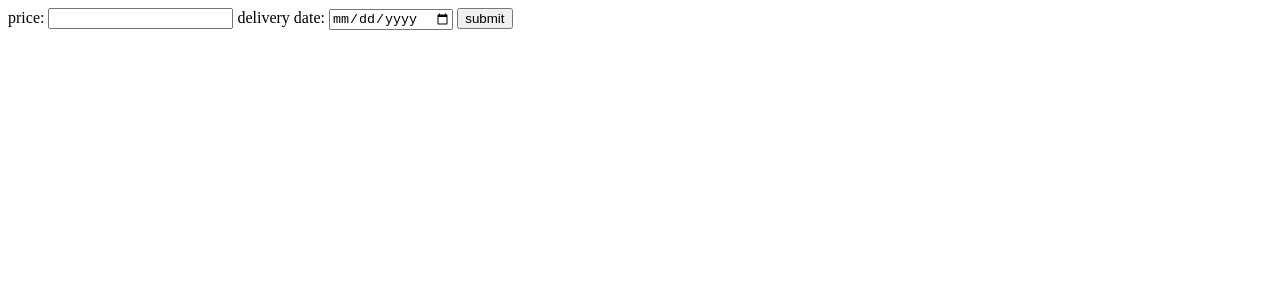
Repository: Kaivalya1997/kaivalyaprojects
Page: http://localhost/dynamicProject/
The author's editor kept a copy of each file at every save. The page is drawn from the files as they stood at one save, then again after the next save.
The browser window is 1280 px wide. The pictures show the whole page.
The page is served by Tomcat 9. Other server files are loaded and not shown.

Above is the page before, as saved 2019-01-25 09:03:01.

### 25-jan/dynamicProject/WebContent/index.jsp
<%@ page language="java" contentType="text/html; charset=ISO-8859-1"
    pageEncoding="ISO-8859-1"%>
<!DOCTYPE html>
<html>
<head>
<meta charset="ISO-8859-1">
<title>Insert title here</title>
</head>
<body>
<form action='hello' method='POST'>
   price: <input name='price'/>
   delivery date: <input name='deliverydate' type='date'/>
   <input type="submit" value='submit'/>
   </form>
</body>
</html>

After the next save:
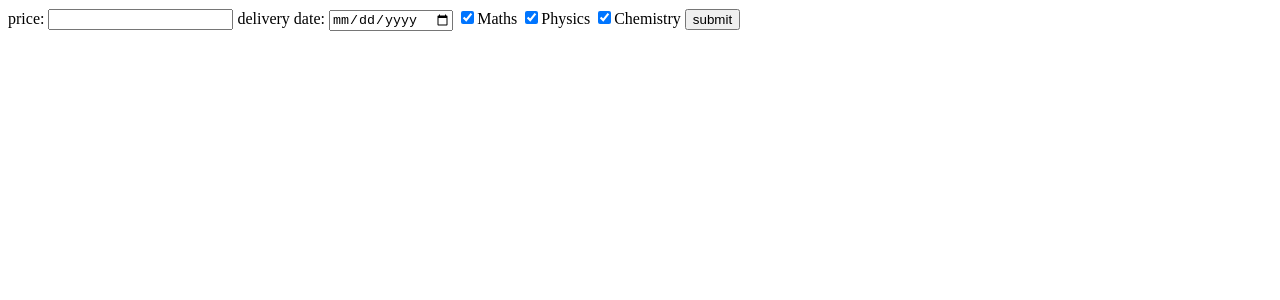
Saved 11 min 45 s later.
--- a/25-jan/dynamicProject/WebContent/index.jsp
+++ b/25-jan/dynamicProject/WebContent/index.jsp
@@ -10,6 +10,12 @@
 <form action='hello' method='POST'>
    price: <input name='price'/>
    delivery date: <input name='deliverydate' type='date'/>
+   <input type ="checkbox"
+   name="subjects" checked="checked" value='math'/>Maths
+   <input type ="checkbox"
+   name="subjects" checked="checked" value='math'/>Physics
+   <input type ="checkbox"
+   name="subjects" checked="checked" value='math'/>Chemistry
    <input type="submit" value='submit'/>
    </form>
 </body>
